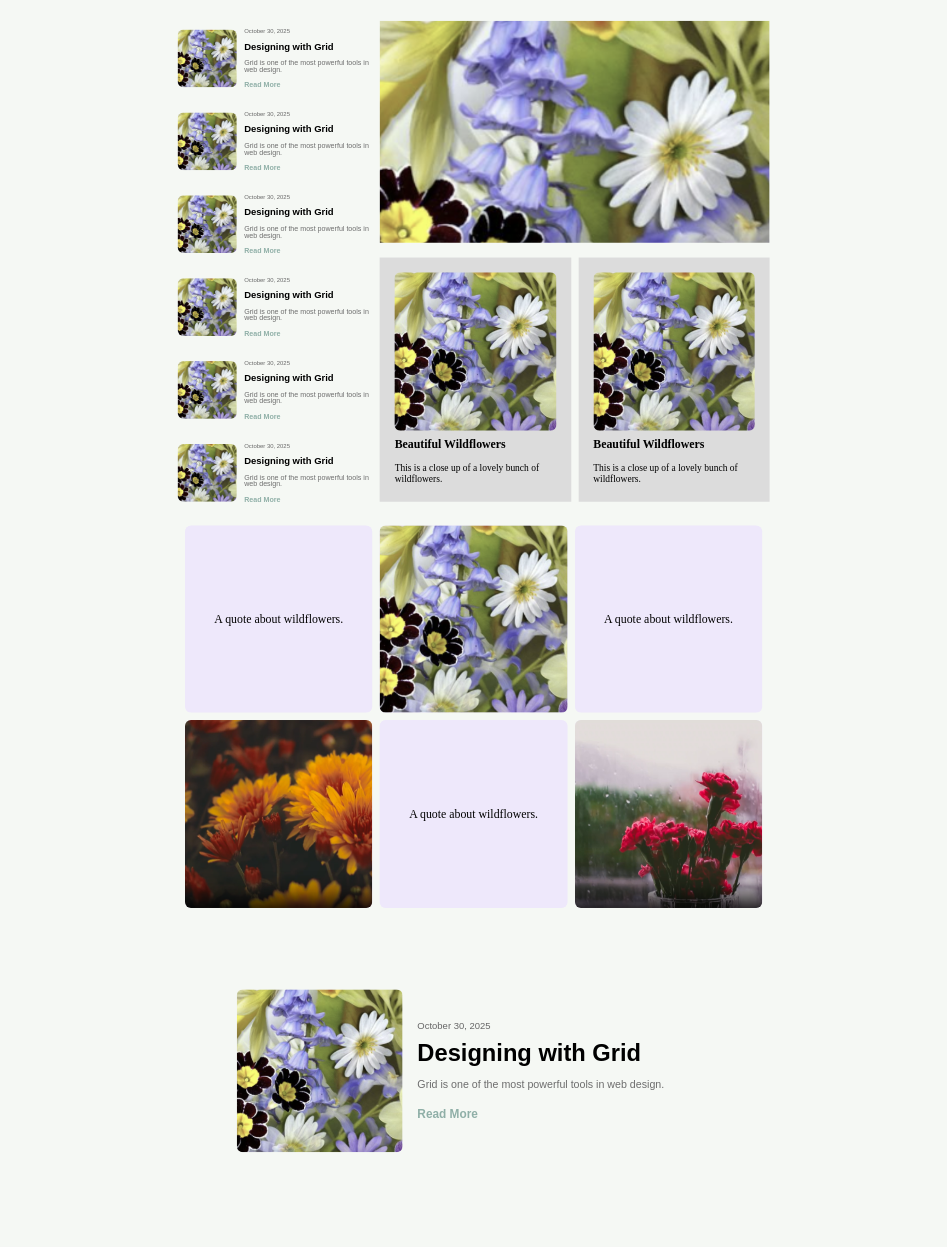
Repository: Brittany-Westlund/WebDesign
Page: Assignment5/grid.html
These files come from the project's save history. The page is drawn as it stood at one moment and after the next save; the edit follows.
The browser window is 1280 px wide. The pictures show the whole page, at 74% of full size.

Above is the page before, as saved 2025-11-18 21:18:36.

After the next save:
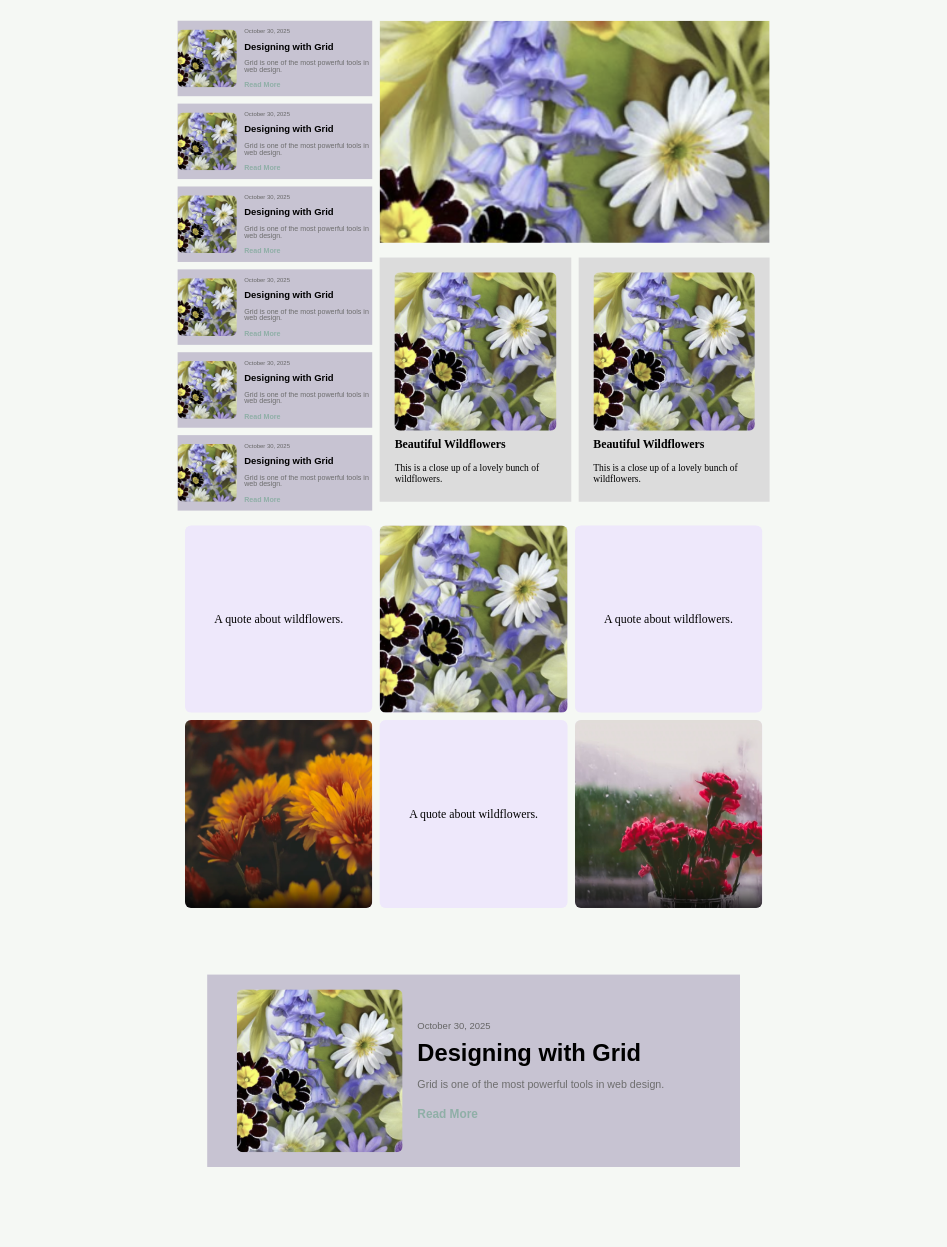
Saved 107 s later.
--- a/Assignment5/style/style.css
+++ b/Assignment5/style/style.css
@@ -32,6 +32,7 @@ body {
   max-width: 80%; /* controls total width of the content block */
   margin: 80px auto; /* centers on page with top/bottom space */
   padding: 20px 40px; /* adds subtle inner space from edges */
+  background-color: #c7c3d2;
 }
 
 .blog-preview img {

After the save that followed:
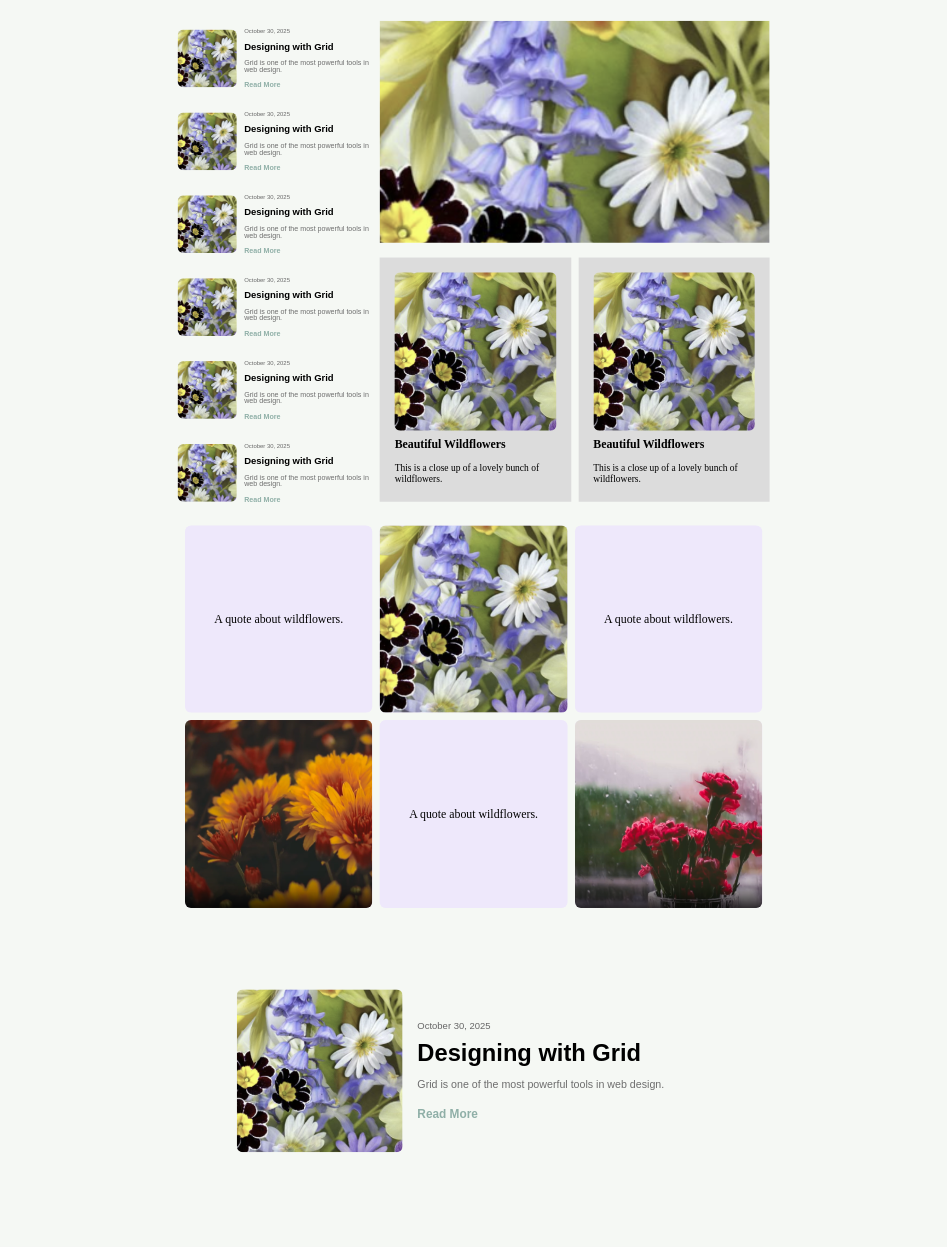
Saved 13 s later.
--- a/Assignment5/style/style.css
+++ b/Assignment5/style/style.css
@@ -32,7 +32,6 @@ body {
   max-width: 80%; /* controls total width of the content block */
   margin: 80px auto; /* centers on page with top/bottom space */
   padding: 20px 40px; /* adds subtle inner space from edges */
-  background-color: #c7c3d2;
 }
 
 .blog-preview img {
